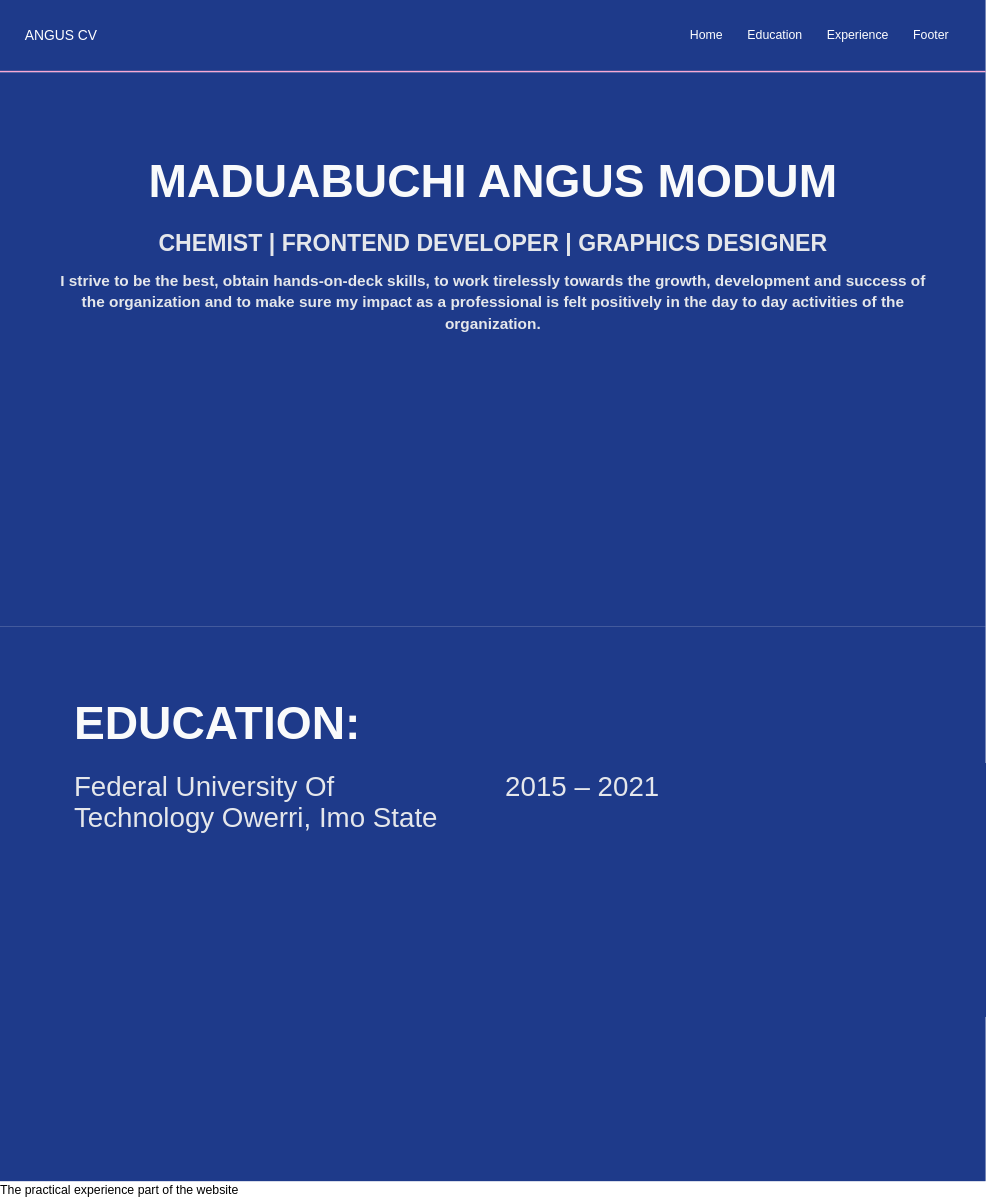
Repository: AngusOnyebuchi/AngusOnyebuchi.github.io
Page: /
These files come from the project's save history. The page is drawn as it stood at one moment and after the next save; the edit follows.
The browser window is 1280 px wide. The pictures show the whole page, at 77% of full size.
The project was rebuilt for these pictures with package versions that can differ from the ones it lists, and the page was loaded fresh each time.

Above is the page before, as saved 2022-04-17 19:24:52.

After the next save:
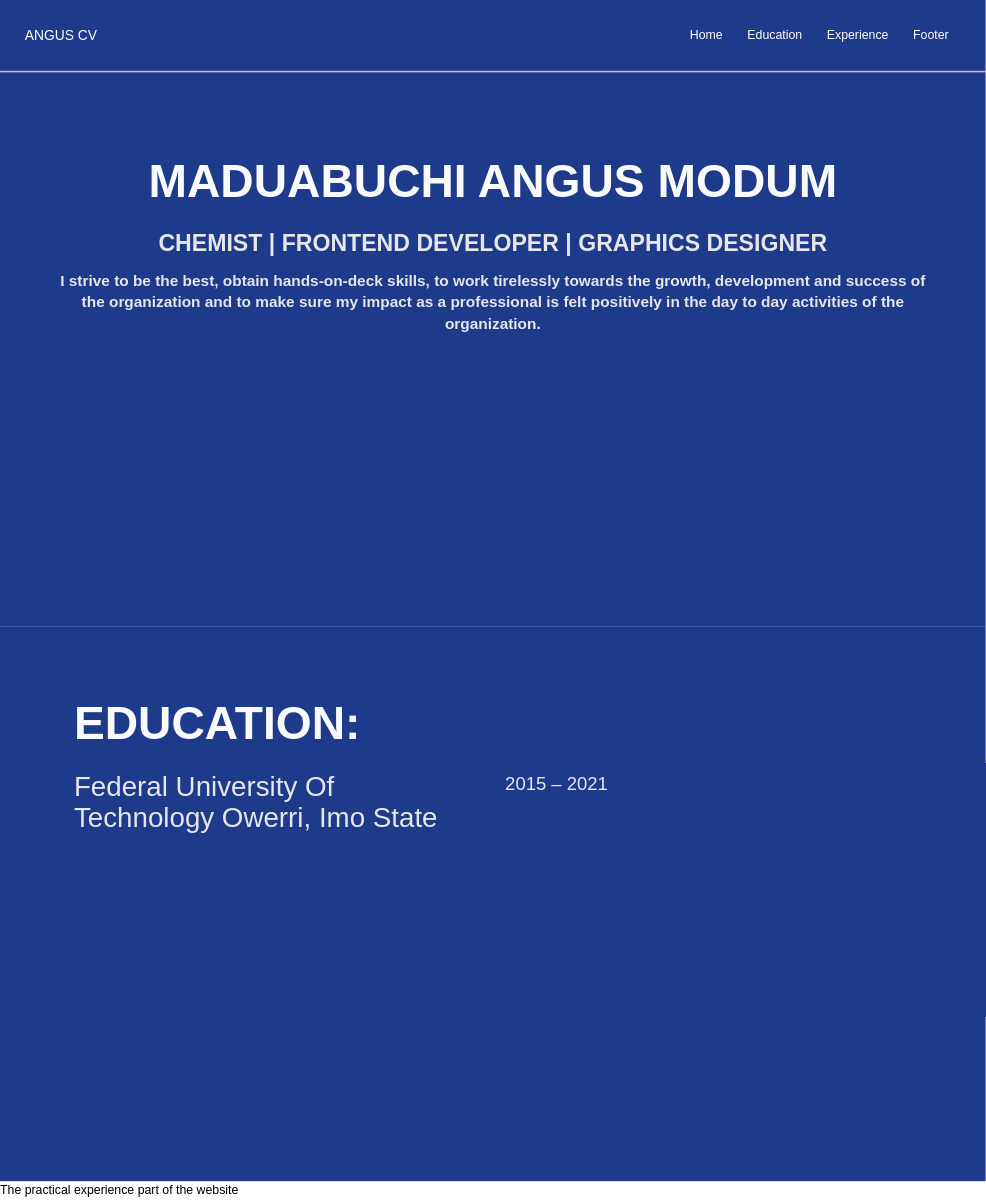
Saved 17 s later.
--- a/src/components/Education.js
+++ b/src/components/Education.js
@@ -6,7 +6,7 @@ export default function Education() {
             <h1 className="text-4xl md:text-6xl font-bold uppercase pt-24 text-left ml-24 text-gray-50">Education:</h1>
             <div className="grid grid-cols-2 gap-8 mx-16 p-8">
                 <h3 className="capitalize text-4xl ">Federal university of technology owerri, Imo state</h3>
-                <h4 className="capitalize text-4xl ">2015 – 2021</h4>
+                <h4 className="capitalize text-2xl ">2015 – 2021</h4>
             </div>
         </div>
     )
